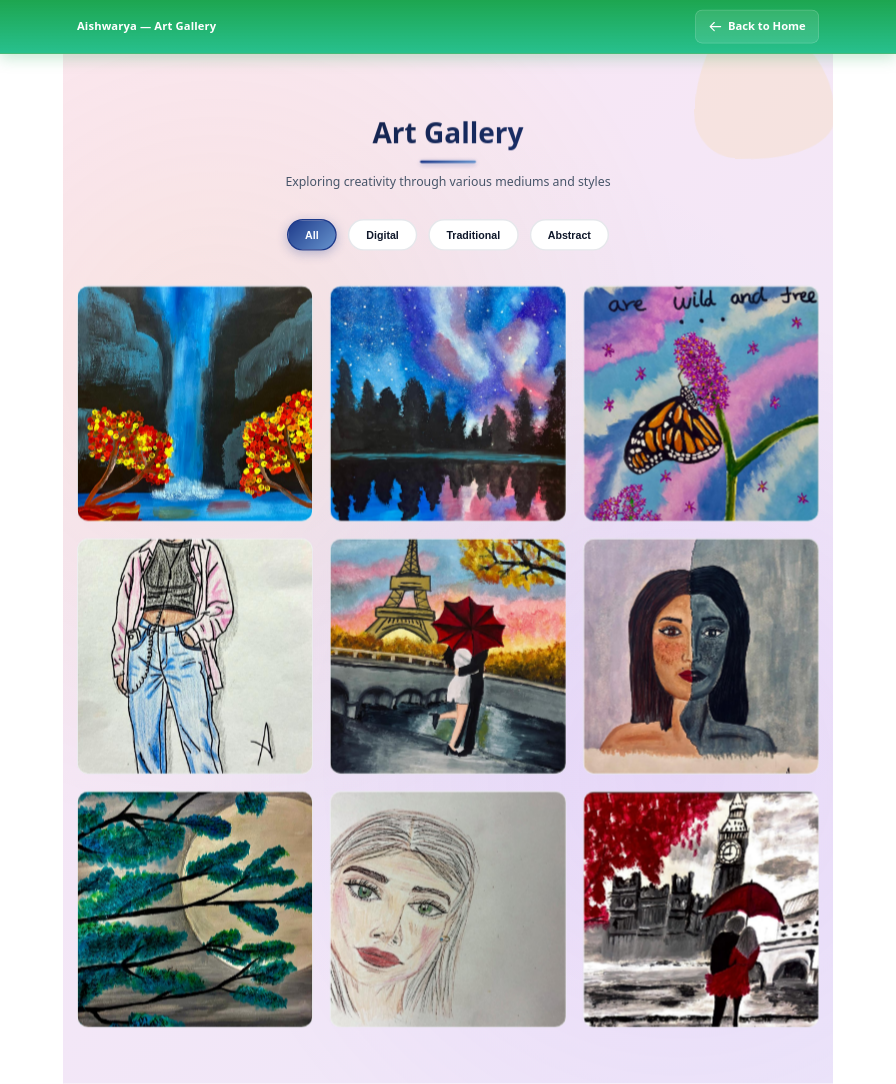
Repository: aishwarya-41/personal_portfolio
Page: /art
An editor plug-in stored every save of this project. The page is shown before and after a run of saves, followed by the edit.
The browser window is 1280 px wide. The pictures show the whole page, at 70% of full size.
The project was rebuilt for these pictures with package versions that can differ from the ones it lists, and the page was loaded fresh each time. Also part of the build but not shown: vite.config.js, src/components/Header.jsx, src/components/Hero.jsx, src/components/About.jsx, src/components/Education.jsx, src/components/Projects.jsx, src/components/Skills.jsx, src/components/Certifications.jsx and 6 more.

Above is the page before, as saved 2025-11-01 12:04:26.

### index.html
<!doctype html>
<html lang="en">
  <head>
    <meta charset="UTF-8" />

    <meta name="viewport" content="width=device-width, initial-scale=1.0" />
    <meta name="description" content="Aishwarya — Engineering Student Portfolio" />
    <title>Aishwarya | Engineering Portfolio</title>
  </head>
  <body>
    <div id="root"></div>
    <script type="module" src="/src/main.jsx"></script>
  </body>
</html>

### src/main.jsx
import { StrictMode } from 'react'
import { createRoot } from 'react-dom/client'
import { createBrowserRouter, RouterProvider } from 'react-router-dom'
import './index.css'
import App from './App.jsx'
import ProjectDetails from './projects/ProjectDetails.jsx'
import ArtPage from './pages/ArtPage.jsx'

const router = createBrowserRouter([
  {
    path: '/',
    element: <App />,
  },
  {
    path: '/projects/:projectId',
    element: <ProjectDetails />,
  },
  {
    path: '/art',
    element: <ArtPage />,
  },
])

createRoot(document.getElementById('root')).render(
  <StrictMode>
    <RouterProvider router={router} />
  </StrictMode>,
)

### src/index.css
/* reset */
* { box-sizing: border-box; }
html, body, #root { height: 100%; }

### src/pages/ArtPage.jsx
import ArtHeader from '../components/ArtHeader.jsx'
import ArtGallery from '../components/ArtGallery.jsx'
import Footer from '../components/Footer.jsx'
import BackToTop from '../components/BackToTop.jsx'

export default function ArtPage() {
  return (
    <div className="app-container">
      <ArtHeader />
      <main>
        <ArtGallery />
      </main>
      <BackToTop />
    </div>
  )
}

### src/components/BackToTop.jsx
import { useEffect, useState } from 'react'

export default function BackToTop() {
  const [visible, setVisible] = useState(false)

  useEffect(() => {
    const onScroll = () => setVisible(window.scrollY > 400)
    onScroll()
    window.addEventListener('scroll', onScroll)
    return () => window.removeEventListener('scroll', onScroll)
  }, [])

  if (!visible) return null
  return (
    <button className="btn to-top" onClick={() => window.scrollTo({ top: 0, behavior: 'smooth' })} aria-label="Back to top">↑</button>
  )
}

### src/components/ArtHeader.jsx
import { Link } from 'react-router-dom'

export default function ArtHeader() {
  return (
    <header className="art-header">
      <div className="nav-wrap">
        <div className="brand">
          <span className="name">Aishwarya — Art Gallery</span>
        </div>
        <nav>
          <Link to="/" className="back-btn">
            <svg xmlns="http://www.w3.org/2000/svg" fill="none" viewBox="0 0 24 24" stroke="currentColor" style={{ width: '20px', height: '20px' }}>
              <path strokeLinecap="round" strokeLinejoin="round" strokeWidth={2} d="M10 19l-7-7m0 0l7-7m-7 7h18" />
            </svg>
            Back to Home
          </Link>
        </nav>
      </div>
    </header>
  )
}

### src/components/ArtGallery.jsx
import { useState } from 'react'

const artPieces = [
  {
    id: 1,
    title: 'Digital Landscape',
    category: 'digital',
    image: '/art/art1.png',
    description: 'A beautiful digital landscape created using digital art tools.',
    year: '2024'
  },
  {
    id: 2,
    title: 'Abstract Expression',
    category: 'abstract',
    image: '/art/art2.png',
    description: 'Exploring colors and forms in abstract art.',
    year: '2023'
  },
  {
    id: 3,
    title: 'Portrait Study',
    category: 'traditional',
    image: '/art/art3.png',
    description: 'Pencil sketch portrait focusing on light and shadow.',
    year: '2024'
  },
  {
    id: 4,
    title: "Nature's Harmony",
    category: 'digital',
    image: '/art/art4.png',
    description: 'Capturing the beauty of nature through digital art.',
    year: '2023'
  },
  {
    id: 5,
    title: 'Color Symphony',
    category: 'abstract',
    image: '/art/art5.png',
    description: 'A vibrant exploration of color relationships.',
    year: '2024'
  },
  {
    id: 6,
    title: 'Watercolor Dreams',
    category: 'traditional',
    image: '/art/art6.png',
    description: 'Delicate watercolor painting with soft tones.',
    year: '2023'
  },
   {
    id: 7,
    title: 'Watercolor Dreams',
    category: 'traditional',
    image: '/art/art7.png',
    description: 'Delicate watercolor painting with soft tones.',
    year: '2023'
  },
   {
    id: 8,
    title: 'Watercolor Dreams',
    category: 'traditional',
    image: '/art/art8.png',
    description: 'Delicate watercolor painting with soft tones.',
    year: '2023'
  },
   {
    id: 9,
    title: 'Watercolor Dreams',
    category: 'traditional',
    image: '/art/art9.png',
    description: 'Delicate watercolor painting with soft tones.',
    year: '2023'
  }
]

const categories = ['all', 'digital', 'traditional', 'abstract']

export default function ArtGallery() {
  const [selectedCategory, setSelectedCategory] = useState('all')
  const [selectedArt, setSelectedArt] = useState(null)
  const [isModalOpen, setIsModalOpen] = useState(false)

  const filteredArt =
    selectedCategory === 'all'
      ? artPieces
      : artPieces.filter((art) => art.category === selectedCategory)

  const openModal = (art) => {
    setSelectedArt(art)
    setIsModalOpen(true)
  }

  const closeModal = () => {
    setIsModalOpen(false)
    setTimeout(() => setSelectedArt(null), 300)
  }

  return (
    <div className="art-gallery">
      <div className="container">
        <h2 className="section-title fade-in-up">Art Gallery</h2>
        <p
          className="fade-in-up fade-in-up-delay-1"
          style={{
            textAlign: 'center',
            marginBottom: '40px',
            fontSize: '1.1rem',
            color: 'var(--muted)',
          }}
        >
          Exploring creativity through various mediums and styles
        </p>

        {/* Category Filter */}
        <div className="gallery-filters fade-in-up fade-in-up-delay-2">
          {categories.map((category) => (
            <button
              key={category}
              className={`filter-btn ${
                selectedCategory === category ? 'active' : ''
              }`}
              onClick={() => setSelectedCategory(category)}
            >
              {category.charAt(0).toUpperCase() + category.slice(1)}
            </button>
          ))}
        </div>

        {/* Art Grid */}
        <div className="art-grid fade-in-up fade-in-up-delay-3">
          {filteredArt.map((art, index) => (
            <div
              key={art.id}
              className="art-card card-3d"
              style={{ animationDelay: `${index * 0.1}s` }}
              onClick={() => openModal(art)}
            >
              <div className="art-image-wrapper">
                <img src={art.image} alt={art.title} className="art-image" />
                <div className="art-overlay">
                  <h3>{art.title}</h3>
                  <p>{art.year}</p>
                </div>
              </div>
            </div>
          ))}
        </div>
      </div>

      {/* Modal Lightbox */}
      {isModalOpen && selectedArt && (
        <div className="art-modal" onClick={closeModal}>
          <div className="modal-content" onClick={(e) => e.stopPropagation()}>
            <button className="modal-close" onClick={closeModal}>
              <svg
                xmlns="http://www.w3.org/2000/svg"
                fill="none"
                viewBox="0 0 24 24"
                stroke="currentColor"
              >
                <path
                  strokeLinecap="round"
                  strokeLinejoin="round"
                  strokeWidth={2}
                  d="M6 18L18 6M6 6l12 12"
                />
              </svg>
            </button>
            <img
              src={selectedArt.image}
              alt={selectedArt.title}
              className="modal-image"
            />
            <div className="modal-info">
              <h3>{selectedArt.title}</h3>
              <p className="modal-year">{selectedArt.year}</p>
              <p className="modal-description">{selectedArt.description}</p>
            </div>
          </div>
        </div>
      )}
    </div>
  )
}

Loaded but not shown: src/App.css (1975 lines, source omitted)

After the next 3 saves:
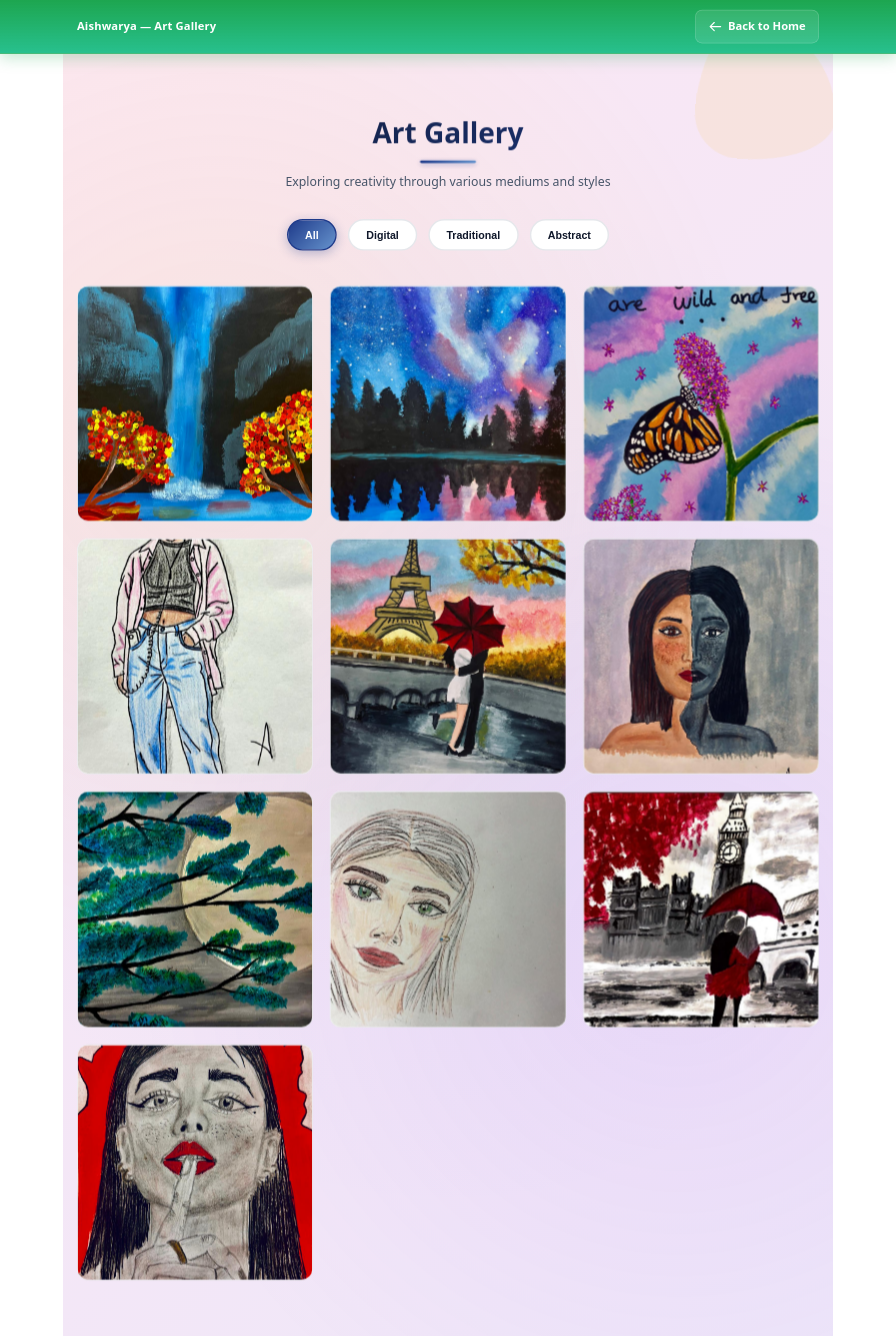
The 3 saves are shown as one change because they came seconds apart.
The last was saved 40 s later.
--- a/src/components/ArtGallery.jsx
+++ b/src/components/ArtGallery.jsx
@@ -70,6 +70,14 @@ const artPieces = [
     title: 'Watercolor Dreams',
     category: 'traditional',
     image: '/art/art9.png',
+    description: 'Delicate watercolor painting with soft tones.',
+    year: '2023'
+  },
+   {
+    id: 10,
+    title: 'Watercolor Dreams',
+    category: 'traditional',
+    image: '/art/art10.png',
     description: 'Delicate watercolor painting with soft tones.',
     year: '2023'
   }
